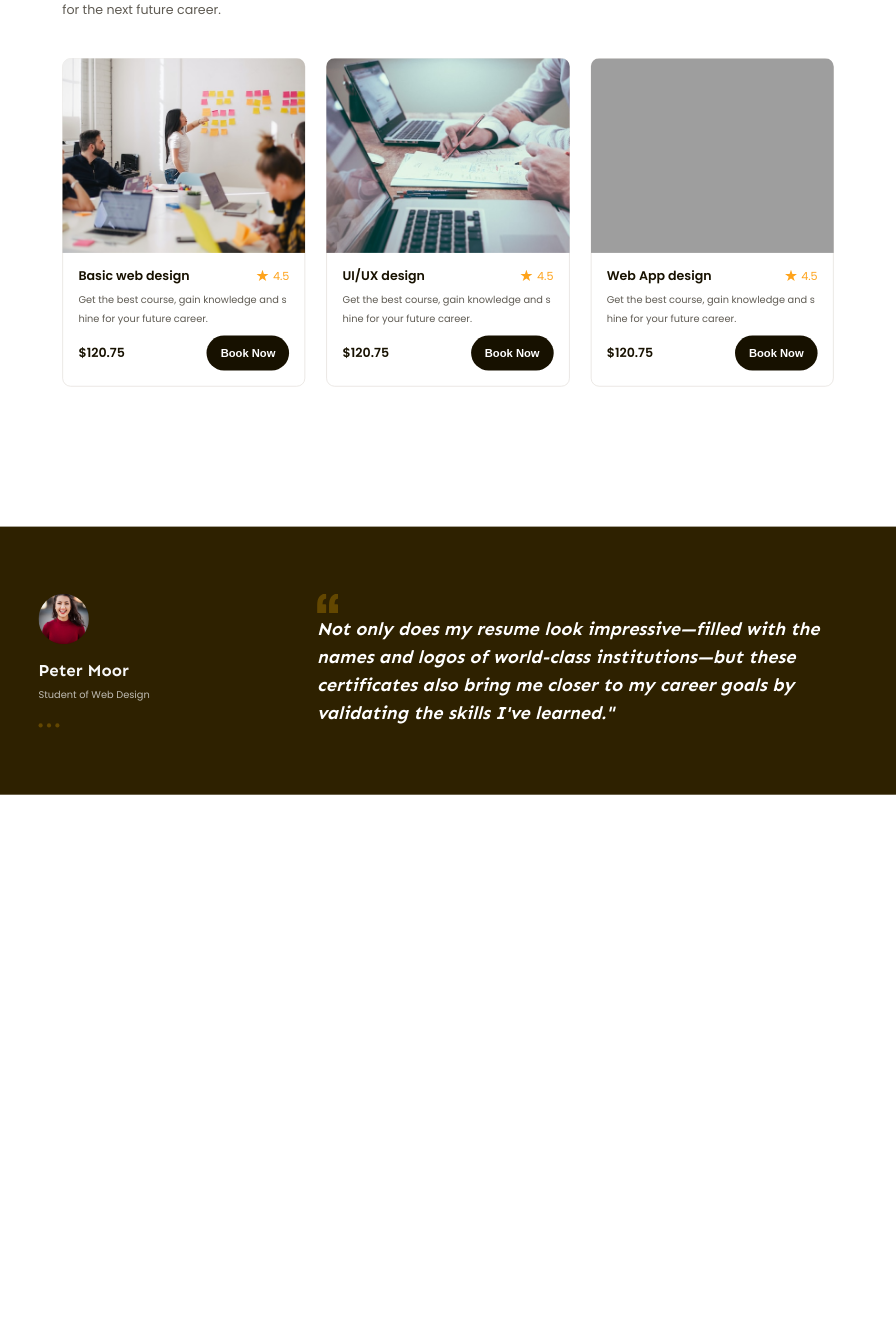
Repository: anhtien111198/f8-htmlcss-02
Page: index.html
An editor plug-in stored every save of this project. The page is shown before and after the next save, followed by the edit.
The browser window is 1280 px wide. The pictures show the part of the page from y = 1196 to 3116 px (the page is 5000 px tall), at 70% of full size.
Pictures or frames that could not be fetched are drawn as grey boxes. A picture or video elsewhere on the page could not be fetched, so the positions and the page height are approximate.

Above is the page before, as saved 2023-05-09 13:09:45.

After the next save:
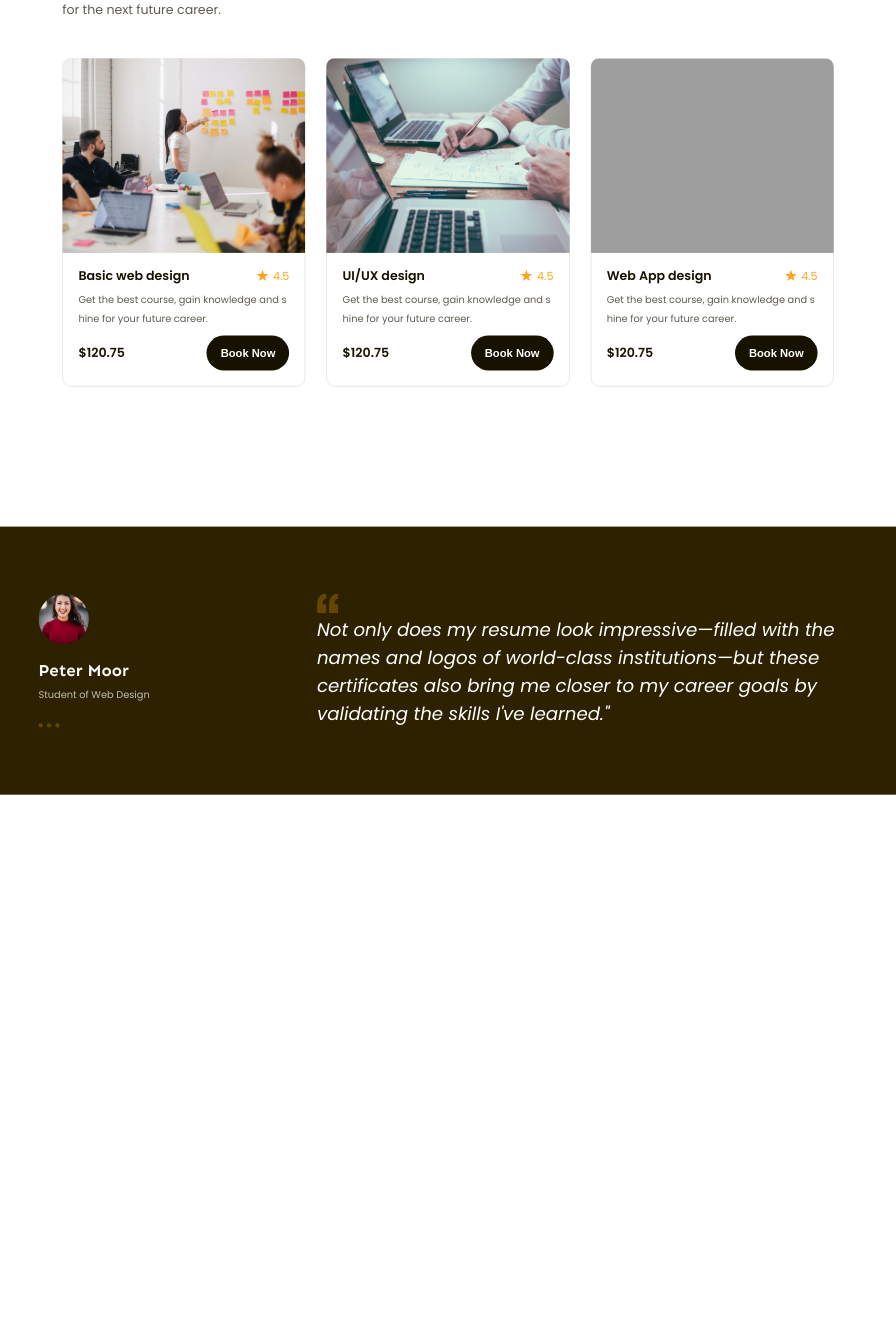
Saved 9 s later.
--- a/assets/css/style.css
+++ b/assets/css/style.css
@@ -401,7 +401,6 @@ a {
     margin-left: auto;
 }
 .feedback-item .content blockquote {
-    font-family: var(--font-heading);
     font-style: italic;
     font-weight: 400;
     font-size: 2.6rem;
